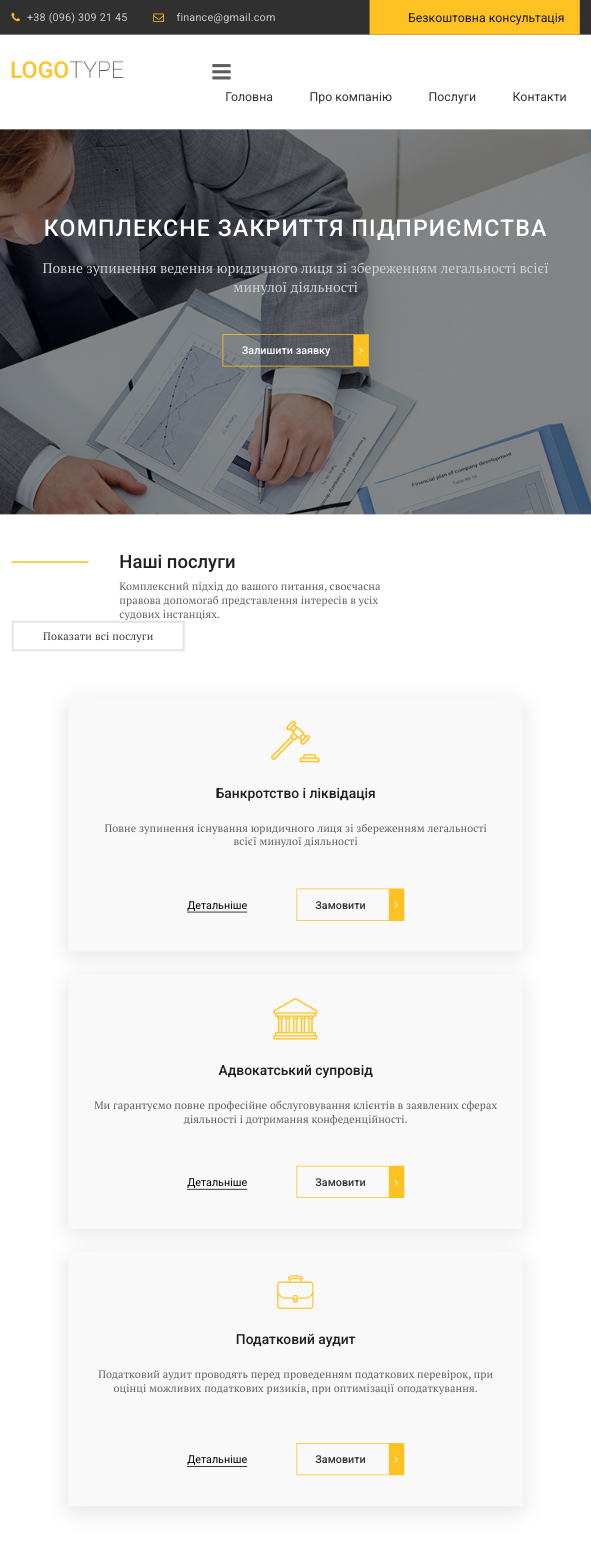
Repository: oliachipko/companysait
Page: index.html
These files come from the project's save history. The page is drawn as it stood at one moment and after the next save; the edit follows.
The browser window is 768 px wide. The pictures show the whole page, at 77% of full size.

Above is the page before, as saved 2020-11-24 01:41:36.

### index.html
<!DOCTYPE html>
<html lang="en">
  <head>
    <meta charset="UTF-8" />
    <meta name="viewport" content="width=device-width, initial-scale=1.0" />
    <title>Document</title>
    <link rel="preconnect" href="https://fonts.gstatic.com" />
    <link href="https://fonts.googleapis.com/css2?family=PT+Serif:wght@400;700&family=Roboto:wght@400;500;700&display=swap"
      rel="stylesheet"/>
    <link rel="stylesheet" href="css/normalize.css" />
    <link rel="stylesheet" href="css/fonts.css" />
    <link rel="stylesheet" href="css/jquery.fancybox.min.css" />
    <link rel="stylesheet" href="css/slick.css" />
    <link rel="stylesheet" href="css/jquery.formstyler.css">
    <link rel="stylesheet" href="css/style.css" />
    <link rel="stylesheet" href="css/media.css"/>
  </head>
  <body>
    <header class="header">
      <div class="header__top">
        <div class="container">
          <div class="header__contacts">
            <a class="header__phone" href="tel:380963092145">+38 (096) 309 21 45</a>
            <a class="header__email" href="#">finance@gmail.com</a>
            <a data-fancybox data-src="#modal" href="javascript:;" href="#" class="header__btn">
              Безкоштовна консультація
            </a>
          </div>
        </div>
      </div>
      <div class="header__content">
        <div class="container">
          <div class="header__content-inner">
            <div class="header__logo">
              <a href="#">
                <img src="img/logo.png" alt="" />
              </a>
            </div>
            <nav class="menu">
              <div class="header__btn-menu">
                <span class="icon-bars">

                </span>
              </div>
              <ul>
                <li><a href="#">Головна</a></li>
                <li><a href="#">Про компанію</a></li>
                <li><a href="#">Послуги</a></li>
                <li><a href="#">Контакти</a></li>
              </ul>
            </nav>
          </div>
        </div>
      </div>
    </header>
    <section class="slider">
      <div class="container">
        <div class="slider__inner">
          <div class="slider__item">
            <div class="slider__item-content">
              <div class="slider__title">КОМПЛЕКСНЕ ЗАКРИТТЯ ПІДПРИЄМСТВА</div>
              <div class="slider__text">
                Повне зупинення ведення юридичного лиця зі збереженням
                легальності всієї минулої діяльності
              </div>
              <a data-fancybox data-src="#modal" href="javascript:;" class="slider__btn default-btn">
                Залишити заявку
              </a>
            </div>
          </div>

          <div class="slider__item">
            <div class="slider__item-content">
              <div class="slider__title">КОМПЛЕКСНЕ ЗАКРИТТЯ ПІДПРИЄМСТВА</div>
              <div class="slider__text">
                Повне зупинення ведення юридичного лиця зі збереженням
                легальності всієї минулої діяльності
              </div>
              <a data-fancybox data-src="#modal" href="javascript:;" class="slider__btn default-btn">
                Залишити заявку
              </a>
            </div>
          </div>

          <div class="slider__item">
            <div class="slider__item-content">
              <div class="slider__title">КОМПЛЕКСНЕ ЗАКРИТТЯ ПІДПРИЄМСТВА</div>
              <div class="slider__text">
                Повне зупинення ведення юридичного лиця зі збереженням
                легальності всієї минулої діяльності
              </div>
              <a data-fancybox data-src="#modal" href="javascript:;"class="slider__btn default-btn">
                Залишити заявку
              </a>
            </div>
          </div>
        </div>
      </div>
    </section>


    <section class="services">
      <div class="container">
        <div class="services__top">
          <div class="services__title-box">
            <div class="services__title">Наші послуги</div>
            <div class="services__text">
              Комплексний підхід до вашого питання, своєчасна правова допомогаб
              представлення інтересів в усіх судових інстанціях.
            </div>
          </div>
          <div class="services__btn">
          <a href="" class="services__btn"> Показати всі послуги </a>
        </div>
      </div>
      <div class="services__items">
        <div class="services__item">
          <img src="img/about-1.png" alt="">
          <div class="services__item-title">
            Банкротство і ліквідація
          </div>
          <div class="services__item-text">
            Повне зупинення існування юридичного лиця зі збереженням легальності всієї
            минулої діяльності
          </div>
          <div class="services__item-btn">
            <a class="services__item-link" href="#">Детальніше</a>
            <a data-fancybox data-src="#modal" href="javascript:;" class="default-btn">
                Замовити
            </a>
          </div>
        </div>

        <div class="services__item">
          <img src="img/about-2.png" alt="">
          <div class="services__item-title">
            Адвокатський супровід
          </div>
          <div class="services__item-text">
            Ми гарантуємо повне професійне обслуговування клієнтів в заявлених сферах
            діяльності і дотримання конфеденційності.
          </div>
          <div class="services__item-btn">
            <a class="services__item-link" href="#">Детальніше</a>
            <a data-fancybox data-src="#modal" href="javascript:;" class="default-btn">
                Замовити
            </a>
          </div>
        </div>

        <div class="services__item">
          <img src="img/about-3.png" alt="">
          <div class="services__item-title">
            Податковий аудит
          </div>
          <div class="services__item-text">
            Податковий аудит проводять перед проведенням податкових перевірок, при оцінці можливих
            податкових ризиків, при оптимізації оподаткування.
          </div>
          <div class="services__item-btn">
            <a class="services__item-link" href="#">Детальніше</a>
            <a data-fancybox data-src="#modal" href="javascript:;" class="default-btn">
                Замовити
            </a>
          </div>
        </div>
      </div>
    </section>

    <!--
    <section class="about">
      <div class="container">
        <div class="about__inner">
        <div class="about__title">
          Про компанію
        </div>
        <div class="about__text">
          Компанія спеціалізується на наданні послуг в сфері корпоративного права, податкового
          консалтингу, прдеставлення в судах, ліквідації і банкротства підприємств. На
          сьогоднішний день, колектив компанії обєднує
          високо професійних експертів, що мають
          спеціалізації в окермих областях права.

        </div>
        <a  href="#" class="about__btn default-btn">
          Дізнатись більше
      </a>

      </div>
    </div>
    </section>
    <section class="form">
     <div class="container">
       <div class="form__inner">
         <div class="form__content">
          <div class="form__title-box">
            <div class="form__title">
              Отримати консультацію
            </div>
            <div class="form__text">
              Комплексний підхід до вашого питання, своєчасна правова допомогаб
              представлення інтересів в усіх судових інстанціях.
            </div>
          </div>
          <div class="form__box">
            <form>
              <div class="form__box-inner">
                <div class="form__box-left">
                  <label>
                  E-mail
                    <input type="text">
                  </label>
                  <label>
                  Контактний телефон
                    <input type="text">
                  </label>
                  <label>
                  ПІБ
                    <input type="text">
                  </label>
                  <label>
                    Тема питання
                    <select>
                      <option>-----------</option>
                      <option>-----------</option>
                      <option>-----------</option>
                      <option>-----------</option>
                    </select>
                  </label>

                </div>
                <div class="form__box-right">
                  <label>
                    Повідомлення
                    <textarea></textarea>
                  </label>
                  <button class="default-btn" type="submit">Отримати консультацію</button>
                </div>
              </div>
            </form>
          </div>

         </div>
       </div>
     </div>
    </section>
    <section class="advantages">
      <div class="container">
        <div class="advantages__inner">
          <div class="advantages-item">
            <div class="advantages__title">
              Десятки добровільних ліквідацій щомісячно

            </div>
            <div class="advantages__text">
              Ми вміємо мінімізувати всі ризики в процечі
              добровільної ліквідації юридичних осіб.
            </div>
          </div>
          <div class="advantages-item">
             <div class="advantages__title">
            Відмінне знання законів в сфері банкрутства
            </div>
          <div class="advantages__text">
            Позволяють нам ефективно відстоювати як інтереси кредиторів,
            так і інтереси власників проблемної організації.
          </div>
        </div>
        <div class="advantages-item">
          <div class="advantages__title">
          Великий досвід супровіду банкрутства
        </div>
        <div class="advantages__text">
          Ми володіємо великим досвідом супроводу процедур
          банкрутства підприємств.
        </div>
      </div>
    </div>
    </div>
    </section>
    <section class="news">
      <div class="container">
        <div class="news__top">
          <div class="news__title-box">
            <div class="news__title">Новини компанії</div>
            <div class="news__text">
              Комплексний підхід до вашого питання, своєчасна правова допомога
              представлення інтересів в усіх судових інстанціях.
            </div>
          </div>
          <div class="news__btn">
          <a href="" class="news__btn"> Відкрити всі новини</a>
        </div>
      </div>
      <div class="news__inner">
        <div class="news__slider">
          <div class="news__slider-inner">
            <div class="news__slider-item">
              <div class="news__slider-title">
                Банкрутство і ліквідація підприємств в Україні
                </div>
                <div class="news__slider-text">
                  "На сьогоднішній день, колектив компанії об'єднує високопрофесійних
                  експертів, що мають спеціалізації в окремих областях права. На сьогоднішній день, колектив компанії об'єднує високопрофесійних
                  експертів, що мають спеціалізації в окремих областях права. На сьогоднішній день, колектив компанії об'єднує високопрофесійних
                  експертів, що мають спеціалізації в окремих областях права..."
                </div>
                <div class="news__slider-author">
                  Василь Мирошнів, генеральний директор компанії Lowforu
                </div>
              </div>

              <div class="news__slider-item">
                <div class="news__slider-title">
                  Банкрутство і ліквідація підприємств в Україні
                  </div>
                  <div class="news__slider-text">
                    "На сьогоднішній день, колектив компанії об'єднує високопрофесійних
                    експертів, що мають спеціалізації в окремих областях права. На сьогоднішній день, колектив компанії об'єднує високопрофесійних
                    експертів, що мають спеціалізації в окремих областях права. На сьогоднішній день, колектив компанії об'єднує високопрофесійних
                    експертів, що мають спеціалізації в окремих областях права..."
                  </div>
                  <div class="news__slider-author">
                    Василь Мирошнів, генеральний директор компанії Lowforu
                  </div>
                </div>
                <div class="news__slider-item">
                  <div class="news__slider-title">
                    Банкрутство і ліквідація підприємств в Україні
                    </div>
                    <div class="news__slider-text">
                      "На сьогоднішній день, колектив компанії об'єднує високопрофесійних
                      експертів, що мають спеціалізації в окремих областях права. На сьогоднішній день, колектив компанії об'єднує високопрофесійних
                      експертів, що мають спеціалізації в окремих областях права. На сьогоднішній день, колектив компанії об'єднує високопрофесійних
                      експертів, що мають спеціалізації в окремих областях права..."
                    </div>
                    <div class="news__slider-author">
                      Василь Мирошнів, генеральний директор компанії Lowforu
                    </div>
                  </div>
            </div>
        </div>

          <a href="#" class="news__blog">
            <div class="news__images">
              <img src="img/news-1.jpg" alt="">
              <div class="news__date">03.04</div>
            </div>
            <div class="news__blog-title">
              Новини компанії
            </div>
            <div class="news__blog-text">
              На сьогоднішній день, колектив компанії об'єднує високо професійних
              експертів, що мають спеціалізації в окремих областях права.
            </div>
          </a>

         <a href="#" class="news__blog">
            <div class="news__images">
              <img src="img/news-2.jpg" alt="">
              <div class="news__date">03.04</div>
            </div>
            <div class="news__blog-title">
              Новини компанії
            </div>
            <div class="news__blog-text">
              На сьогоднішній день, колектив компанії об'єднує високо професійних
              експертів, що мають спеціалізації в окремих областях права.
            </div>
          </a>
      </div>
      </div>
    </section>
    <footer class="footer">
      <div class="footer__content">
        <div class="container">
          <div class="footer__inner">
          <div class="footer__info">
            <div class="footer__title">
              Комплексне закриття підприємства
            </div>
            <div class="footer__text">
              Повне припинення існування юридичного лиця зі збереженням
              легальності всієї минулої діяльності.
            </div>
            <a data-fancybox data-src="#modal" href="javascript:;" href="#" class="header__btn">
              Безкоштовна консультація
            </a>
            <ul class="footer__list">
              <li><a class="footer" href="tel:+380954826242">+38 (095) 482 62 42</a></li>
              <li><a href="#">finance@gmail.com</a></li>
              <li><a class="footer__adress" href="#">Ivano-Frankivsk, Franka st., 28 </a></li>
            </ul>
          </div>
          <div class="footer__map">
           <iframe src="https://www.google.com/maps/embed?pb=!1m18!1m12!1m3!1d2621.6529053206646!2d24.714296279972665!3d48.922004879395104!2m3!1f0!2f0!3f0!3m2!1i1024!2i768!4f13.1!3m3!1m2!1s0x4730c16c406ceca7%3A0xd9af989ffe2d1b95!2z0YPQuy4g0JjQstCw0L3QsCDQpNGA0LDQvdC60L4sIDI4LCDQmNCy0LDQvdC-LdCk0YDQsNC90LrQvtCy0YHQuiwg0JjQstCw0L3Qvi3QpNGA0LDQvdC60L7QstGB0LrQsNGPINC-0LHQu9Cw0YHRgtGMLCA3NjAwMA!5e0!3m2!1sru!2sua!4v1606085984050!5m2!1sru!2sua"
            width="630px" height="250px" frameborder="0" style="border:0;" allowfullscreen="" aria-hidden="false" tabindex="0">
          </iframe>

          </div>
          </div>
        </div>
      </div>
      <div class="footer__copy">
        <div class="container">
          <div class="copy__text">
            © 2017 Template by Anastasia Shaposhyk. Всі права захищено.
          </div>
        </div>
      </div>
    </footer>
  -->


    <div id="modal">
     <form>
       <input type="text" placeholder="Ваше ім'я">
       <input type="text" placeholder="Ваше телефон">
       <input type="submit" value="Відправити">
     </form>
    </div>

    <script src="https://ajax.googleapis.com/ajax/libs/jquery/3.5.1/jquery.min.js"></script>
    <script src="js/jquery.fancybox.min.js"></script>
    <script src="js/slick.min.js"></script>
    <script src="js/jquery.formstyler.min.js"></script>
    <script src="js/main.js"></script>
  </body>
</html>

### css/fonts.css
@font-face {
  font-family: 'icomoon';
  src:  url('../fonts/icomoon.eot?nqt5zc');
  src:  url('../fonts/icomoon.eot?nqt5zc#iefix') format('embedded-opentype'),
    url('../fonts/icomoon.ttf?nqt5zc') format('truetype'),
    url('../fonts/icomoon.woff?nqt5zc') format('woff'),
    url('../fonts/icomoon.svg?nqt5zc#icomoon') format('svg');
  font-weight: normal;
  font-style: normal;
  font-display: block;
}

[class^="icon-"], [class*=" icon-"] {
  /* use !important to prevent issues with browser extensions that change fonts */
  font-family: 'icomoon' !important;
  font-style: normal;
  font-weight: normal;
  font-variant: normal;
  text-transform: none;
  line-height: 1;

  /* Better Font Rendering =========== */
  -webkit-font-smoothing: antialiased;
  -moz-osx-font-smoothing: grayscale;
}

.icon-envelope-o:before {
  content: "\f003";
}
.icon-check:before {
  content: "\f00c";
}
.icon-map-marker:before {
  content: "\f041";
}
.icon-phone:before {
  content: "\f095";
}
.icon-briefcase:before {
  content: "\f0b1";
}
.icon-bars:before {
  content: "\f0c9";
}
.icon-navicon:before {
  content: "\f0c9";
}
.icon-reorder:before {
  content: "\f0c9";
}
.icon-angle-left:before {
  content: "\f104";
}
.icon-angle-right:before {
  content: "\f105";
}
.icon-quote-left:before {
  content: "\f10d";
}
.icon-quote-right:before {
  content: "\f10e";
}
.icon-ellipsis-v:before {
  content: "\f142";
}

### css/media.css
@media (max-width: 1156px){
   .services__items{
       display: block;
   }
    .services__item{
       max-width: 80%;
       min-height: 330px;
       margin: 30px auto;
    }
}
@media (max-width: 900px){
    .slider .slick-btn{
        display: none !important;
    }
    .services__top{
        display: block;
    }
    .services__title-box{

    }
}
@media (max-width: 700px){
    .header__btn{
        float: none;

    }
    .header__contacts{
        text-align: center;
    }
    .header__btn:before{
        display: none;
    }
    .menu ul{
        display: none;
        position: absolute;
        left: 0;
        right: 0;
        margin-top: 20px;
        z-index: 50;
    }
    .menu li{
        display: block;
        text-align: center;
    }
    .menu a{
        display: block;
        background-color: #ffc222;
        border-top: 1px solid #fff;
        border-bottom: 1px solid #fff;
    }
    .menu li + li{
        padding-left: 0;
    }
}
@media (max-width: 600px){
    .services__item{
        max-width: 100%;
        min-height: 375px;
        margin: 30px auto;
    }
}
@media (max-width: 414px){
    .slider__title{
        font-size: 24px;
    }
    .slider__text{
        font-size: 16px;
    }
}
@media (max-width: 400px){
    .header__btn:before{
        display: block;
    }
}
@media (max-width: 375px){
    .header__email{
        padding-right: 30px;
    }
}
.header__btn:before{
    display: none;
}
.header__btn-menu{
    display: block;
}
@media (min-width: 700px){
    .menu ul{
        display: block !important;
    }
}

Loaded but not shown: css/normalize.css (library); css/jquery.fancybox.min.css (library); css/slick.css (common file); css/jquery.formstyler.css (common file); js/jquery.fancybox.min.js (library); js/slick.min.js (library); js/jquery.formstyler.min.js (library); js/main.js (15 lines, source omitted); css/style.css (692 lines, source omitted)

After the next save:
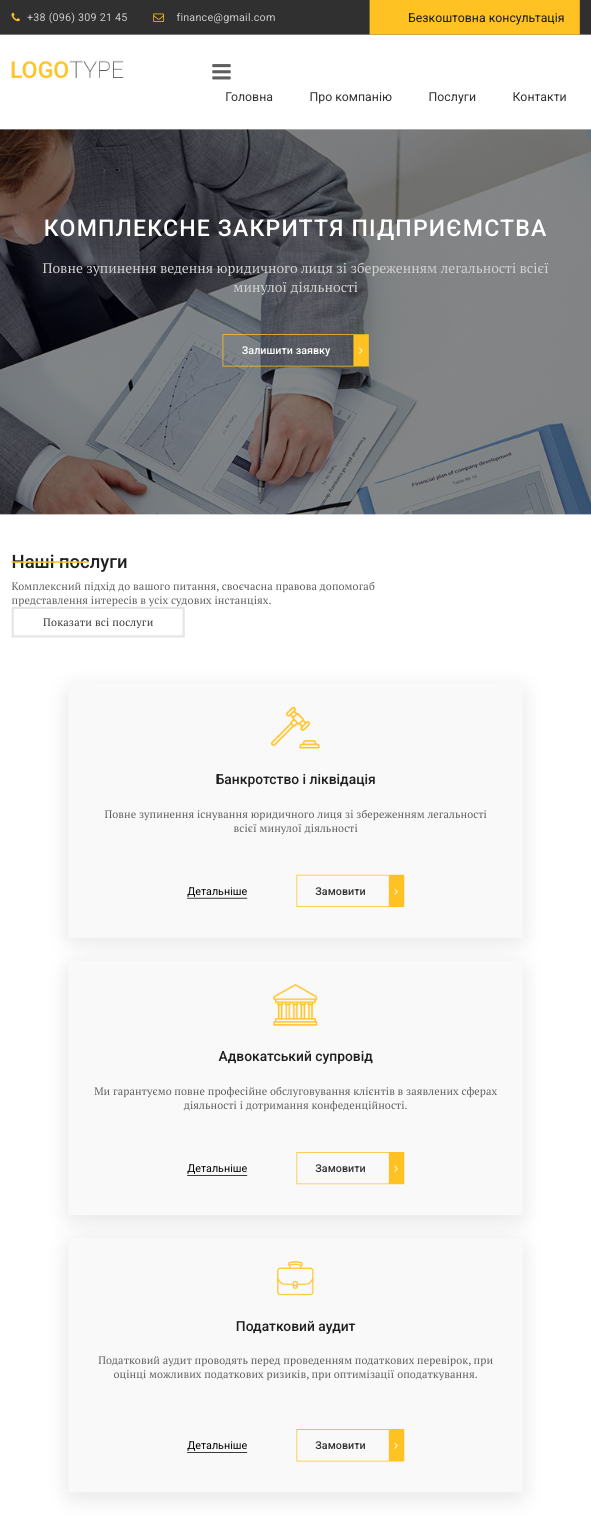
Saved 43 s later.
--- a/css/media.css
+++ b/css/media.css
@@ -16,7 +16,7 @@
         display: block;
     }
     .services__title-box{
-
+        padding-left: 0;
     }
 }
 @media (max-width: 700px){
